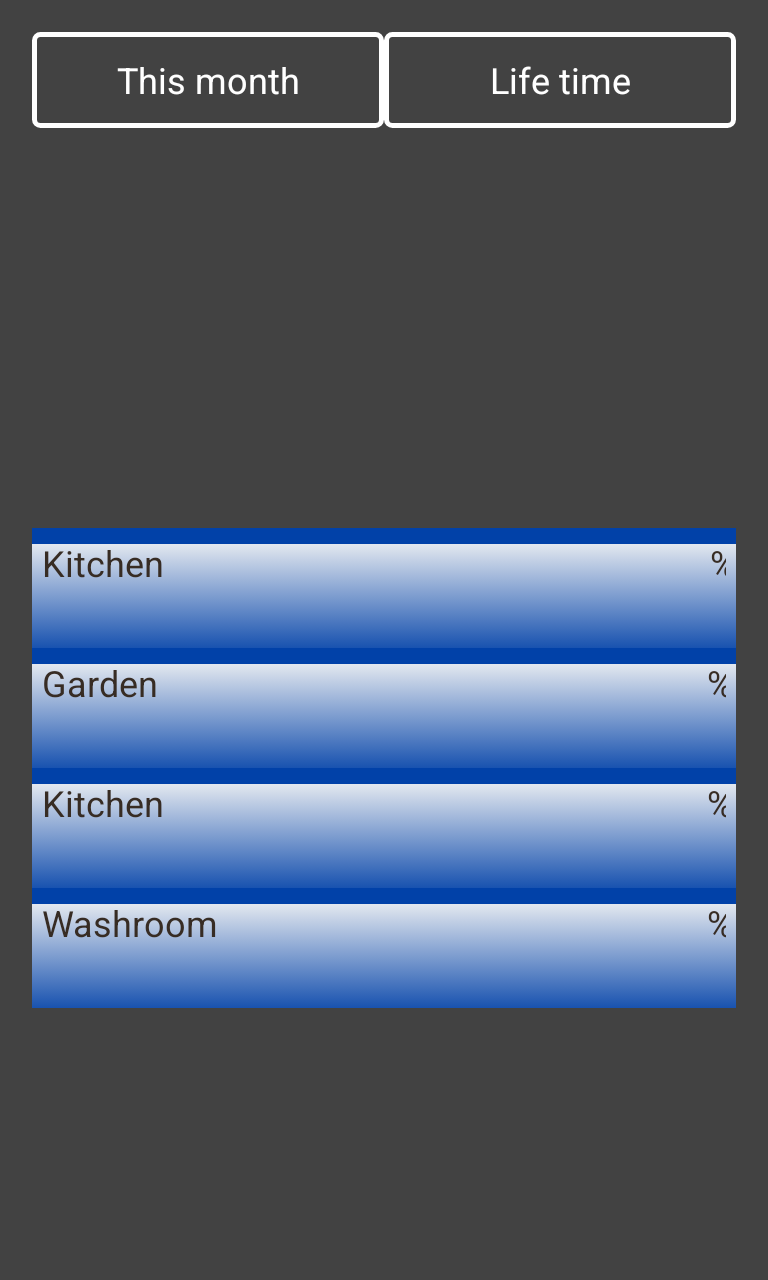
Repository: prabushitha/hydrosaver
Layout: hydrosaver/res/layout/activity_sections.xml
An editor plug-in stored every save of this project. The layout is shown before and after the next save, followed by the edit.
It is drawn on a 768 x 1280 px phone screen (xhdpi) without system bars, with theme AppTheme; the app's code is not run.

Above is the layout before, as saved 2016-10-08 16:40:50.

### hydrosaver/res/layout/activity_sections.xml
<RelativeLayout xmlns:android="http://schemas.android.com/apk/res/android"
    xmlns:tools="http://schemas.android.com/tools"
    android:layout_width="match_parent"
    android:layout_height="match_parent"
    android:paddingBottom="@dimen/activity_vertical_margin"
    android:paddingLeft="@dimen/activity_horizontal_margin"
    android:paddingRight="@dimen/activity_horizontal_margin"
    android:paddingTop="@dimen/activity_vertical_margin"
    tools:context="com.whileloop.hydrosaver.SectionsActivity"
    android:background="#424242"
    >

    <TableLayout
    android:layout_width="fill_parent"
    android:layout_height="fill_parent"
    android:stretchColumns="*">
	    <TableRow>
	       <Button android:id="@+id/thismonth"
	                android:layout_width="0dp"
	                android:layout_weight="1"
	                android:layout_height="wrap_content"
	                android:background="@drawable/section_button"
	                android:textColor="#FFFFFF"
	                android:text="This month"/>
	        <Button android:id="@+id/lifetime"
	                 android:layout_width="0dp"
	                 android:layout_weight="1"
	                android:layout_height="wrap_content"
	              	android:textColor="#FFFFFF"
	                android:background="@drawable/section_button"
	                android:text="Life time"/>



	    </TableRow>
	    <TableRow
	        >
	        <TextView android:layout_width="fill_parent"
	                 android:layout_height="wrap_content"
	                android:textColor="#372c24"
	                android:minHeight="200dp"
	          		android:textSize="18sp"

	               />
	    </TableRow>
	    <TableRow
	        android:background="@drawable/section_tabs">

	        <TextView
	            android:layout_width="fill_parent"
	               android:layout_height="wrap_content"
	               android:textColor="#372c24"
	               android:minHeight="50dp"
	               android:textSize="18sp"
	               android:layout_weight="1"
	                android:text="Kitchen"/>
	        <TextView
	            android:id="@+id/section1_label"
	            android:layout_width="fill_parent"
	                 android:layout_height="wrap_content"
	                android:textColor="#372c24"

	                android:minHeight="50dp"
	               android:textSize="18sp"
	               android:layout_weight="1"
	               android:layout_gravity="right"
	                android:text="%"/>

	    </TableRow>
	    <TableRow
	         android:background="@drawable/section_tabs">

	        <TextView android:layout_width="fill_parent"
	                 android:layout_height="wrap_content"
	                android:textColor="#372c24"
	                android:minHeight="50dp"

	               android:textSize="18sp"

	               android:layout_weight="2"
	                android:text="Garden"/>
	        <TextView android:layout_width="fill_parent"
	                 android:layout_height="wrap_content"
	                android:textColor="#372c24"

	                android:minHeight="50dp"
	               android:textSize="18sp"
	               android:layout_weight="1"
	               android:layout_gravity="right"
	                android:text="%"/>

	    </TableRow>
	    <TableRow
	        android:background="@drawable/section_tabs">

	        <TextView android:layout_width="fill_parent"
	                 android:layout_height="wrap_content"
	                android:textColor="#372c24"
	                android:minHeight="50dp"

	               android:textSize="18sp"

	               android:layout_weight="2"
	                android:text="Kitchen"/>
	        <TextView android:layout_width="fill_parent"
	                 android:layout_height="wrap_content"
	                android:textColor="#372c24"

	                android:minHeight="50dp"
	               android:textSize="18sp"
	               android:layout_weight="1"
	               android:layout_gravity="right"
	                android:text="%"/>

	    </TableRow>
	    <TableRow
	        android:background="@drawable/section_tabs">

	        <TextView android:layout_width="fill_parent"
	                 android:layout_height="wrap_content"
	                android:textColor="#372c24"
	                android:minHeight="50dp"

	               android:textSize="18sp"

	               android:layout_weight="2"
	                android:text="Washroom"/>
	        <TextView android:layout_width="fill_parent"
	                 android:layout_height="wrap_content"
	                android:textColor="#372c24"

	                android:minHeight="50dp"
	               android:textSize="18sp"
	               android:layout_weight="1"
	               android:layout_gravity="right"
	                android:text="%"/>

	    </TableRow>







	</TableLayout>

</RelativeLayout>

### hydrosaver/res/drawable-mdpi/section_button.xml
<?xml version="1.0" encoding="utf-8"?>
<shape xmlns:android="http://schemas.android.com/apk/res/android"
  android:shape="rectangle">

  <corners android:radius="3dp" />
  <stroke android:width="5px" android:color="#FFFFFF" />
</shape>

### hydrosaver/res/drawable-mdpi/section_tabs.xml
<?xml version="1.0" encoding="utf-8"?>
    <selector xmlns:android="http://schemas.android.com/apk/res/android">
        <item android:state_pressed="true" android:top="1dp" android:bottom="1dp"><layer-list>
                <item android:bottom="-10dp" android:left="-10dp" android:right="-10dp"><shape>
                        <gradient android:angle="270" android:endColor="#0141a8" android:startColor="#f2f3f4" />

                        <stroke android:width="8dp" android:color="#0141a8" />

                        <corners android:radius="5dp" />

                        <padding android:bottom="5dp" android:left="5dp" android:right="5dp" android:top="5dp" />
                    </shape></item>
            </layer-list></item>
        <item android:state_enabled="true"><layer-list>
                <item android:bottom="-10dp" android:left="-10dp" android:right="-10dp"><shape android:shape="rectangle">
                        <gradient android:angle="270" android:endColor="#0141a8" android:startColor="#f2f3f4" />

                        <stroke android:width="8dp" android:color="#0141a8" />

                        <corners android:radius="5dp" />

                        <padding android:bottom="3dp" android:left="5dp" android:right="5dp" android:top="5dp" />
                    </shape></item>
            </layer-list></item>

    </selector>

Loaded but not shown: hydrosaver/res/values/styles.xml (common file); hydrosaver/res/values-v11/styles.xml (common file); hydrosaver/res/values-v14/styles.xml (common file); hydrosaver/res/values/dimens.xml (common file); hydrosaver/res/values-w820dp/dimens.xml (common file)

After the next save:
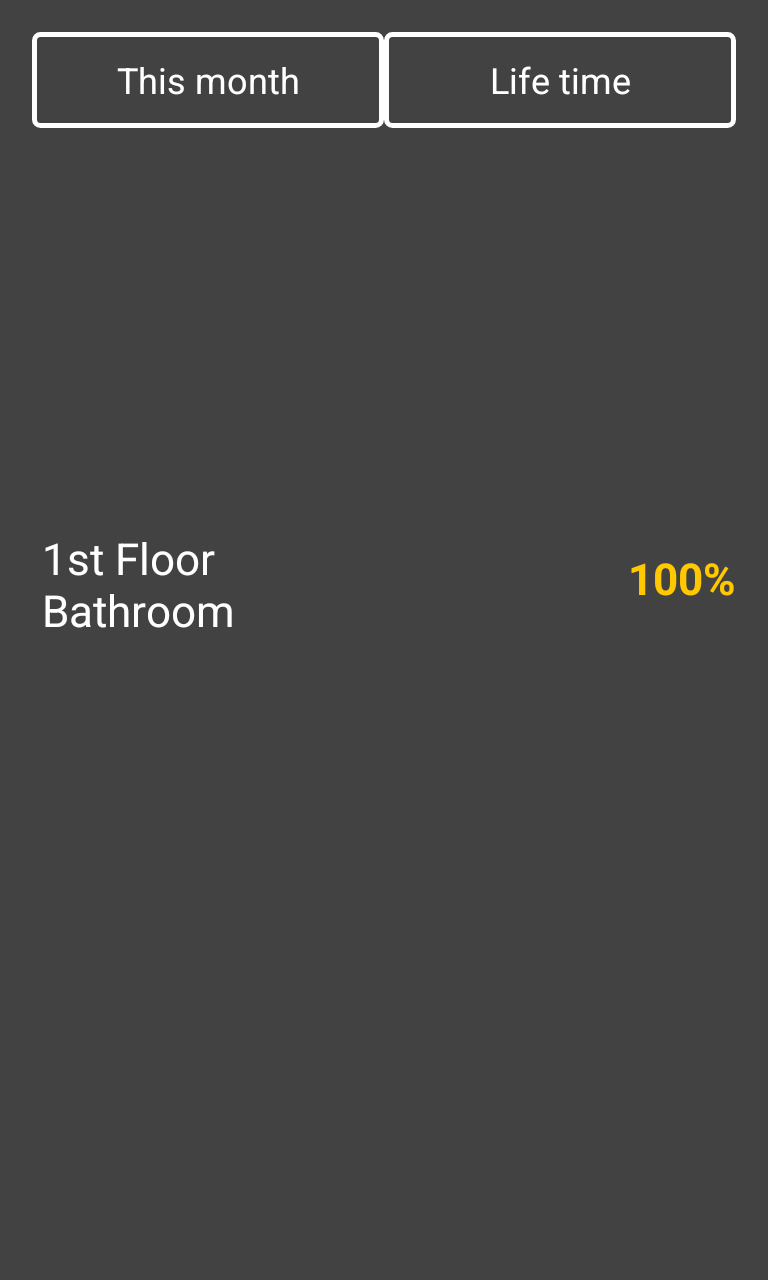
Saved 5 min 42 s later.
--- a/hydrosaver/res/layout/activity_sections.xml
+++ b/hydrosaver/res/layout/activity_sections.xml
@@ -43,103 +43,37 @@
 
 	               />
 	    </TableRow>
-	    <TableRow
-	        android:background="@drawable/section_tabs">
+	    <TableRow>
 
 	        <TextView
-	            android:layout_width="fill_parent"
-	               android:layout_height="wrap_content"
-	               android:textColor="#372c24"
-	               android:minHeight="50dp"
-	               android:textSize="18sp"
-	               android:layout_weight="1"
-	                android:text="Kitchen"/>
-	        <TextView
-	            android:id="@+id/section1_label"
-	            android:layout_width="fill_parent"
-	                 android:layout_height="wrap_content"
-	                android:textColor="#372c24"
+		        android:layout_width="0dp"
+		        android:layout_height="wrap_content"
+		        android:textAppearance="?android:attr/textAppearanceLarge"
+		        android:text="1st Floor Bathroom"
+		        android:textColor="#ffffff"
+		        android:id="@+id/txtName"
+		        android:minHeight="100px"
+		        android:singleLine="false"
+		        android:layout_weight="0.77"
+		        android:gravity="left|center_vertical"
+		        android:paddingLeft="10px"
+		        android:ellipsize="end" />
 
-	                android:minHeight="50dp"
-	               android:textSize="18sp"
-	               android:layout_weight="1"
-	               android:layout_gravity="right"
-	                android:text="%"/>
+		    <TextView
+		        android:layout_width="wrap_content"
+		        android:layout_height="wrap_content"
+		        android:textAppearance="?android:attr/textAppearanceLarge"
+		        android:text="100%"
+		        android:textColor="#ffc800"
+		        android:layout_gravity="right"
+		        android:id="@+id/txtPrecentage"
+		        android:minHeight="100px"
+		        android:singleLine="false"
+		        android:layout_weight="0.12"
+		        android:textStyle="bold"
+		        android:gravity="center_vertical|right" />
 
 	    </TableRow>
-	    <TableRow
-	         android:background="@drawable/section_tabs">
-
-	        <TextView android:layout_width="fill_parent"
-	                 android:layout_height="wrap_content"
-	                android:textColor="#372c24"
-	                android:minHeight="50dp"
-
-	               android:textSize="18sp"
-
-	               android:layout_weight="2"
-	                android:text="Garden"/>
-	        <TextView android:layout_width="fill_parent"
-	                 android:layout_height="wrap_content"
-	                android:textColor="#372c24"
-
-	                android:minHeight="50dp"
-	               android:textSize="18sp"
-	               android:layout_weight="1"
-	               android:layout_gravity="right"
-	                android:text="%"/>
-
-	    </TableRow>
-	    <TableRow
-	        android:background="@drawable/section_tabs">
-
-	        <TextView android:layout_width="fill_parent"
-	                 android:layout_height="wrap_content"
-	                android:textColor="#372c24"
-	                android:minHeight="50dp"
-
-	               android:textSize="18sp"
-
-	               android:layout_weight="2"
-	                android:text="Kitchen"/>
-	        <TextView android:layout_width="fill_parent"
-	                 android:layout_height="wrap_content"
-	                android:textColor="#372c24"
-
-	                android:minHeight="50dp"
-	               android:textSize="18sp"
-	               android:layout_weight="1"
-	               android:layout_gravity="right"
-	                android:text="%"/>
-
-	    </TableRow>
-	    <TableRow
-	        android:background="@drawable/section_tabs">
-
-	        <TextView android:layout_width="fill_parent"
-	                 android:layout_height="wrap_content"
-	                android:textColor="#372c24"
-	                android:minHeight="50dp"
-
-	               android:textSize="18sp"
-
-	               android:layout_weight="2"
-	                android:text="Washroom"/>
-	        <TextView android:layout_width="fill_parent"
-	                 android:layout_height="wrap_content"
-	                android:textColor="#372c24"
-
-	                android:minHeight="50dp"
-	               android:textSize="18sp"
-	               android:layout_weight="1"
-	               android:layout_gravity="right"
-	                android:text="%"/>
-
-	    </TableRow>
-
-
-
-
 
 
 
